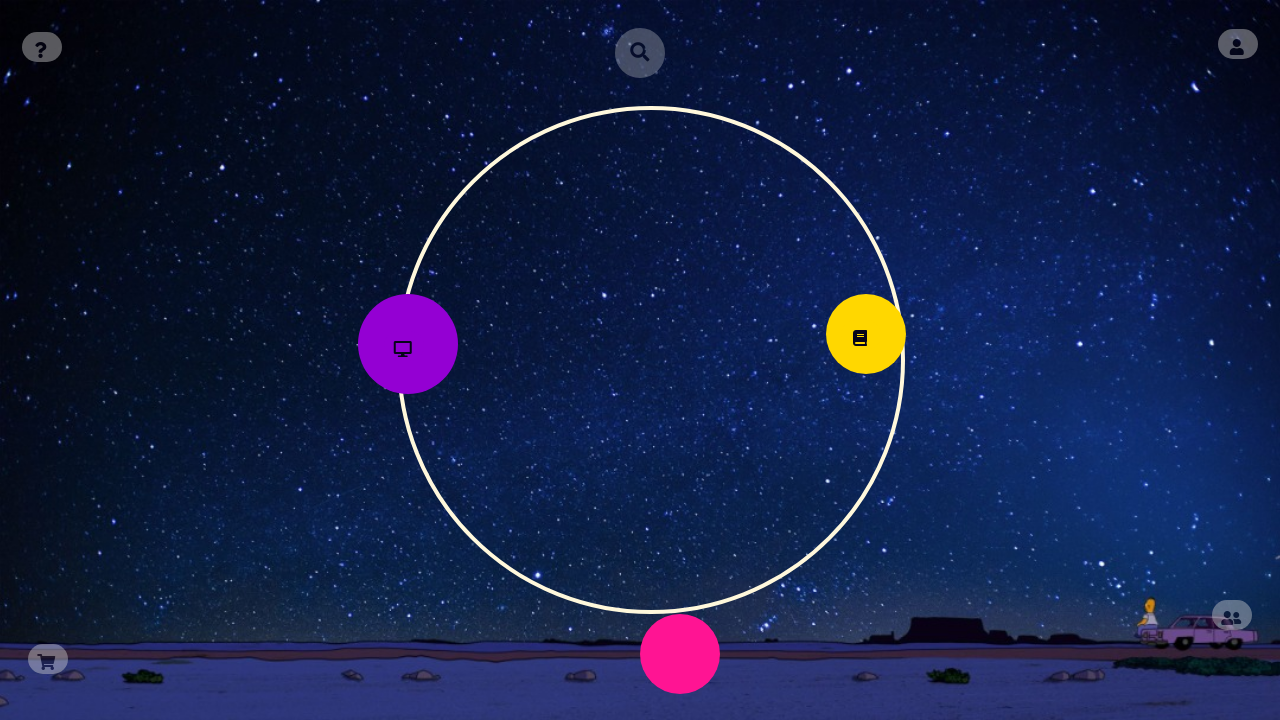
Repository: NFEL/Jupiter_shop
Page: Webpages/lnading page/landing.html
The author's editor kept a copy of each file at every save. The page is drawn from the files as they stood at one save, then again after the next save.
The browser window is 1280 px wide. The pictures show the whole page.
Some web libraries are served in a nearby version.

Above is the page before, as saved 2020-11-27 18:03:12.

### Webpages/lnading page/landing.html

<html lang="en">
<head>
  <link rel="stylesheet" href="https://use.fontawesome.com/releases/v5.3.1/css/all.css" integrity="sha384-mzrmE5qonljUremFsqc01SB46JvROS7bZs3IO2EmfFsd15uHvIt+Y8vEf7N7fWAU" crossorigin="anonymous">
  <link rel="stylesheet" href="https://fonts.googleapis.com/icon?family=Material+Icons">


</head>
<body>
  <script>var flag = false;
    function showuser()
    {
      if (flag == false){
        flag = true;
        document.getElementById("showuuser").style.visibility = "visible";
        }
        else{
          flag = false;
          document.getElementById("showuuser").style.visibility = "hidden";
          }

    }</script>

<link rel="stylesheet" href="landing.css">

<div class="header">

<form action="">
  <input type="search">
  <i class="fa fa-search"></i>

</form>

<button  onclick="showuser()"  class="btn"><i class="fa fa-user"></i></button>
<button class="btn2"><i class="fa fa-question"></i></button>

</div>

<div class="body">
  <div id="showuuser"class="square" >
  HI!!!
  <button class="btn6"><i class="fa fa-cog"></i></button>
  <button class="btn7"><i class="fa fa-user-times"></i></button>
  <button class="btn8"><i class="fa fa-user-plus"></i></button>
  </div>
  <div class="loader">
  </div>
  <span class="dot"></span>
  <span class="dot2"></span>
  <button class="btn10"><i class="fa fa-book"></i></button>
  <span class="dot3"></span>
  <button class="btn5"><i class="fa fa-desktop"></i></button>
  <span class="dot4"></span>

  </div>

<div class="footer">
  <button class="btn3"><i class="fa fa-user-friends"></i></button>
  <button class="btn4"><i class="fa fa-shopping-cart"></i></button>
</div>
</body>
</html>

### Webpages/lnading page/landing.css
body {
    background-image:    url(back.jpeg);
    background-size:     cover;                      /* <------ */
    background-repeat:   no-repeat;
    background-position: center center;              /* optional, center the image */
    overflow: hidden;

    position: absolute;
    display: flex;
    flex-direction: column;
    align-items: right center;
    padding: 0;
    margin: 0;
    height: 100vh;
    width: 100%;
}

form{
    position: relative;
    top: 50%;
    left: 50%;
    transform: translate(-50%,-50%);
    transition: all 1s;
    width: 50px;
    height: 50px;
    background: white;
    box-sizing: border-box;
    border-radius: 25px;
    border: 4px solid white;
    padding: 5px;
    opacity: 0.25;
}
input{
    position: absolute;
    top: 0;
    left: 0;
    width: 100%;;
    height: 42.5px;
    line-height: 30px;
    outline: 0;
    border: 0;
    display: none;
    font-size: 1em;
    border-radius: 20px;
    padding: 0 20px;
}

.fa{
    box-sizing: border-box;
    padding: 10px;
    width: 42.5px;
    height: 42.5px;
    position: absolute;
    top: 0;
    right: 0;
    border-radius: 50%;
    color: #07051a;
    text-align: center;
    font-size: 1.2em;
    transition: all 1s;
}

form:hover{
    width: 200px;
    cursor: pointer;
}

form:hover input{
    display: block;
}

form:hover .fa{
    background: #07051a;
    color: white;
}

.btn {
    position: relative;
    left: 95%;
    bottom: 35%;
    background-color: #ddd;
    border:red;
    padding: 15px 20px;
    text-align: center;
    text-decoration: violet;
    display: flex;
    margin: 10px 2px;
    cursor: pointer;
    border-radius: 80px;
    opacity: 0.4;
  }

  .btn :hover{
    background-color: darkorange;
  }
  .btn2 {
    position: fixed;
    right: 95%;
    bottom: 90%;
    background-color: #ddd;
    border:red;
    padding: 15px 20px;
    text-align: center;
    text-decoration: violet;
    display: flex;
    margin: 10px 2px;
    cursor: pointer;
    border-radius: 50px;
    opacity: 0.4;
  }
  .btn3 {
    position: fixed;
    right: 2%;
    top: 82%;
    background-color: #ddd;
    border:red;
    padding: 15px 20px;
    text-align: center;
    text-decoration: violet;
    display: flex;
    margin: 10px 2px;
    cursor: pointer;
    border-radius: 50px;
    opacity: 0.4;
  }
  .btn4 {
    position: fixed;
    left: 2%;
    top: 88%;
    background-color: #ddd;
    border:red;
    padding: 15px 20px;
    text-align: center;
    text-decoration: violet;
    display: flex;
    margin: 10px 2px;
    cursor: pointer;
    border-radius: 50px;
    opacity: 0.4;
  }
  .loader {
    border-right: 4px solid cornsilk;
    border-left: 4px solid cornsilk;
    border-radius: 50%;
    margin: 0% 31%;
    border-top: 4px solid cornsilk;
    border-bottom: 4px solid cornsilk;
    width: 500px;
    height: 500px;
}
.dot {
    height: 100px;
    width: 100px;
    background-color:darkviolet;
    border-radius: 50%;
    display: inline-block;
    margin: -25% 28%;
  }
  .btn5 {
    position: fixed;
    left: 30%;
    top: 46%;
    background-color:darkviolet;
    border:red;
    padding: 15px 20px;
    text-align: center;
    text-decoration: violet;
    display: flex;
    cursor: pointer;
    border-radius: 50px;
  }
  .dot2 {
    height: 80px;
    width: 80px;
    background-color:gold;
    border-radius: 50%;
    display: inline-block;
    margin: -25% 64.5%;
  }
  .btn10 {
    position: fixed;
    right: 31%;
    top: 43%;
    background-color:gold;
    border:red;
    padding: 15px 20px;
    text-align: center;
    text-decoration: violet;
    display: flex;
    margin: 10px 2px;
    cursor: pointer;
    border-radius: 50px;
  }


  .squere
  {
      width: 50px;
      height: 50px;
      background-color: grey;
      visibility: hidden;
  }
  .square {
    display: inline-block;
    position: fixed;
    top: 5%;
    left: 83%;
    width: 150px;
    height: 100px;
    background:cyan;
    /* box-shadow: 3px 3px 5px grey; */
    border-radius: 20%;
    padding: 7px;
    font-family: -apple-system, BlinkMacSystemFont, 'Segoe UI', Roboto, Oxygen, Ubuntu, Cantarell, 'Open Sans', 'Helvetica Neue', sans-serif;
    visibility: hidden;
    opacity: 0.4;
    border: mediumvioletred;
  }
  .btn6 {
    position: fixed;
    left: 84%;
    top: 17%;
    background-color:cyan;
    border:red;
    padding: 15px 20px;
    text-align: center;
    text-decoration: violet;
    display: flex;
    cursor: pointer;
    border-radius: 50px;
  }
  .btn7 {
    position: fixed;
    left: 87%;
    top: 17%;
    background-color:cyan;
    border:red;
    padding: 15px 20px;
    text-align: center;
    text-decoration: violet;
    display: flex;
    cursor: pointer;
    border-radius: 50px;
  }
  .btn8 {
    position: fixed;
    left: 90%;
    top: 17%;
    background-color:cyan;
    border:red;
    padding: 15px 20px;
    text-align: center;
    text-decoration: violet;
    display: flex;
    cursor: pointer;
    border-radius: 50px;
  }
  .dot4 {
    position: fixed;
    height: 80px;
    width: 80px;
    background-color:deeppink;
    border-radius: 50%;
    display: inline-block;
    margin: 0% 50%;
  }

After the next save:
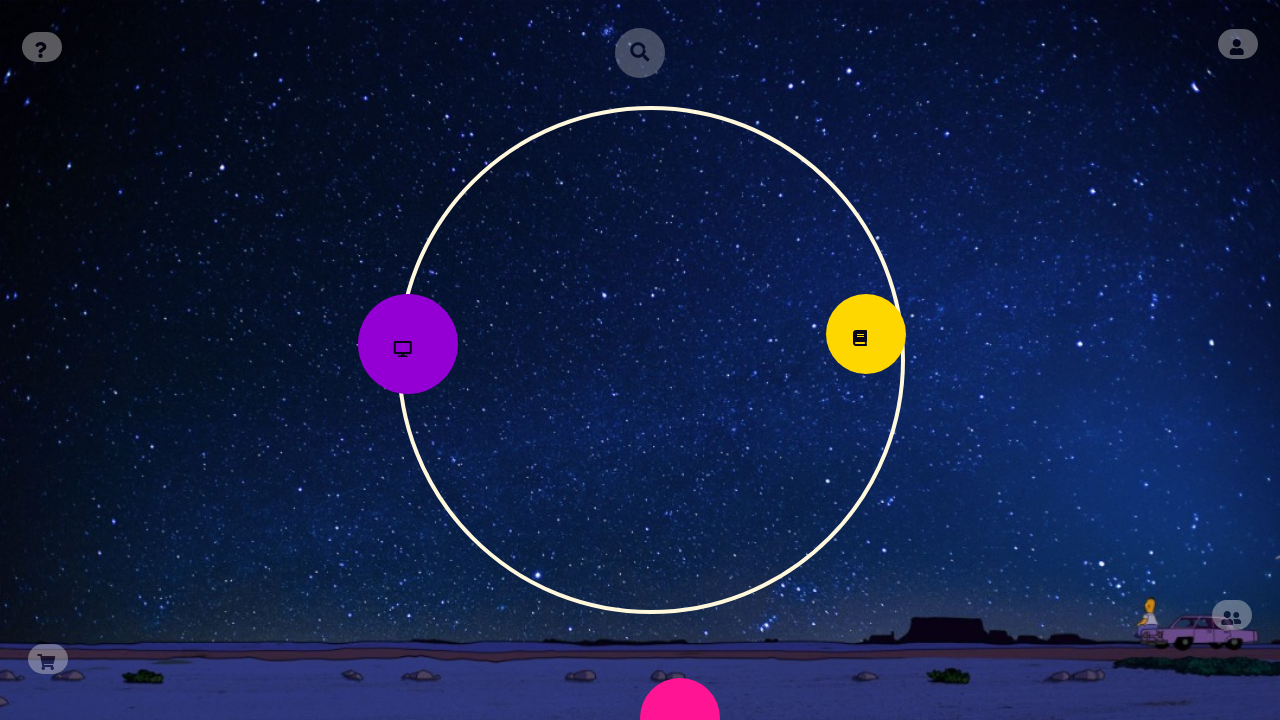
Saved 8 s later.
--- a/Webpages/lnading page/landing.css
+++ b/Webpages/lnading page/landing.css
@@ -262,5 +262,5 @@
     background-color:deeppink;
     border-radius: 50%;
     display: inline-block;
-    margin: 0% 50%;
-  }
+    margin: 5% 50%;
+  }
